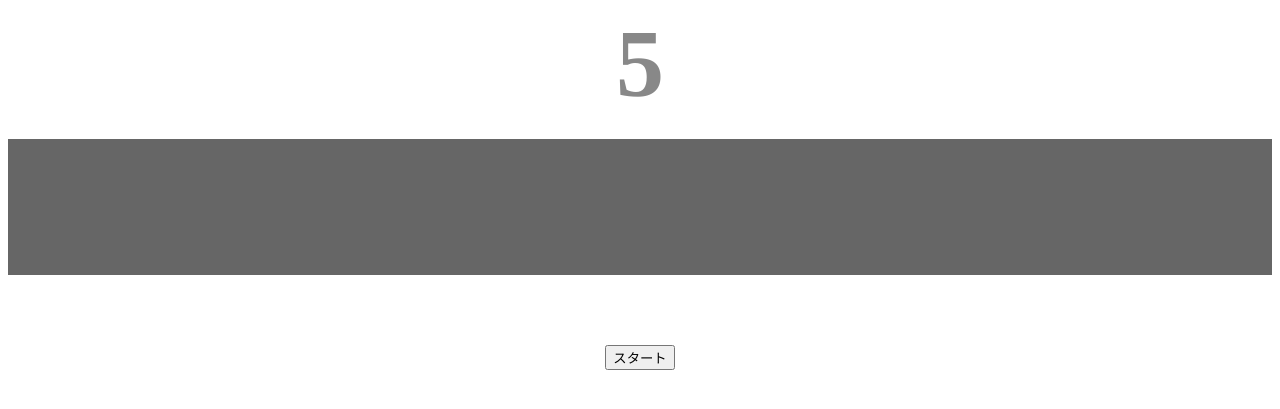
Repository: BenBen-san/Typing-Game
Page: 2nd_Trial/typing_app2.html
The author's editor kept a record of every edit. The page is drawn from the files as they stood at one moment, then again after the next edit.
The browser window is 1280 px wide. The pictures show the whole page.

Above is the page before.

### 2nd_Trial/typing_app2.html
<!DOCTYPE html>
<html lang="ja">
<head>
    <meta charset="UTF-8">
    <title>タイピングアプリ</title>

    <style>

        body{
            font-size: 6em;
            text-align: center;
        }


        #count{
            margin: 0;
            font-weight: bold;
            color: #888;
        }

        #wrap{
            margin-top: 20px;
            padding: 20px 10px;
            background-color: #666;
            font-weight: bold;
            color: #fff;
        }

        span{
            transition: all 300ms 0s ease;
        }

        .add-color{
            font-size: 0.5em;
            color: #666;
        }

    </style>

</head>
    <p id="count">5</p>

    <div id=wrap>
        <p id="text"></p>
    </div>
    <button id="start">スタート</button>

    <script>

    //必要なHTML要素の取得
    const wrap = document.getElementById('wrap');
    const start = document.getElementById('start');

    const textLists = [
        'Hello World','This is my App','How are you?',
        'Today is sunny','I love JavaScript!','Good morning',
        'I am Japanese','Let it be','Samurai',
        'Typing Game','Information Technology',
        'I want to be a programmer','What day is today?',
        'I want to build a web app','Nice to meet you',
        'Chrome Firefox Edge Safari','machine learning',
        'Brendan Eich','John Resig','React Vue Angular',
        'Netscape Communications','undefined null NaN',
        'Thank you very much','Google Apple Facebook Amazon',
        'ECMAScript','console.log','for while if switch',
        'var let const','Windows Mac Linux iOS Android',
        'programming'
        ];　　//複数のテキストを格納する配列

    let checkTexts = [];

    let score = 0

    const createText = () => {

        const p = document.getElementById('text');

        const rnd = Math.floor(Math.random() * textLists.length);

        p.textContent = '';

        checkTexts = textLists[rnd].split('').map(value => {

            const span = document.createElement('span');

            span.textContent = value;

            p.appendChild(span);

            //１文字ずつcheckTextsに格納していく

            return span;
        })

    };



    const keyDown = e => {

        if(e.key === checkTexts[0].textContent){
            checkTexts[0].className = 'add-color';

            checkTexts.shift();

            score++

            if(!checkTexts.length) createText();
        }else if(e.key === 'Shift'){
            wrap.style.backgroundColor = '#666';
        }else {
            wrap.style.backgroundColor = 'red';
        }
    };　//キーイベント＆入力判定処理

    const rankCheck = score => {

            let text = '';

            if(score < 100){
                text = 'あなたのランクはCです。\nBランクまであと$(100 - score)文字です。';
            }else if(score < 200){
                text = 'あなたのランクはBです。\nAランクまであと$(200 - score)文字です。';
            }else if(score < 300){
                text = 'あなたのランクはCです。\nSランクまであと$(300 - score)文字です。';
            }else if(score >= 300){
                text = 'あなたのランクはSです。\nおめでとうございます！';
            }

            return '${score}文字打てました！\n${text}\n【OK】リトライ／【キャンセル】終了';

        };


    const gameOver = id => {

        clearInterval(id);

        const result = confirm(rankCheck(score));

        if(result) window.locaton.reload();




    };　//ゲームの終了処理

    const timer = () => {

        let time = 10

        const count = document.getElementById('count');

        const id = setInterval(() => {

        if(time <= 0) gameOver(id);

        count.textContent = time--;


        }, 1000);


    };　//タイマー処理

    start.addEventListener('click', () => {

        timer();

        createText();

        start.style.display = 'none';

        //キーボードのイベント処理

        document.addEventListener('keydown', keyDown);



    });　//ゲームスタート時の処理

    </script>

<body>

</body>
</html>

After the next edit:
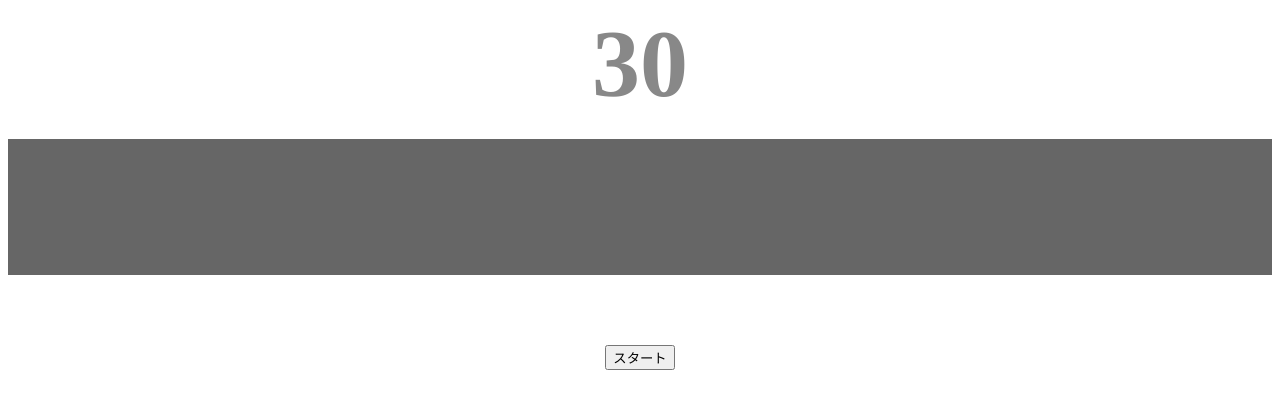
The edit:
--- a/2nd_Trial/typing_app2.html
+++ b/2nd_Trial/typing_app2.html
@@ -38,7 +38,7 @@
     </style>
 
 </head>
-    <p id="count">5</p>
+    <p id="count">30</p>
 
     <div id=wrap>
         <p id="text"></p>
